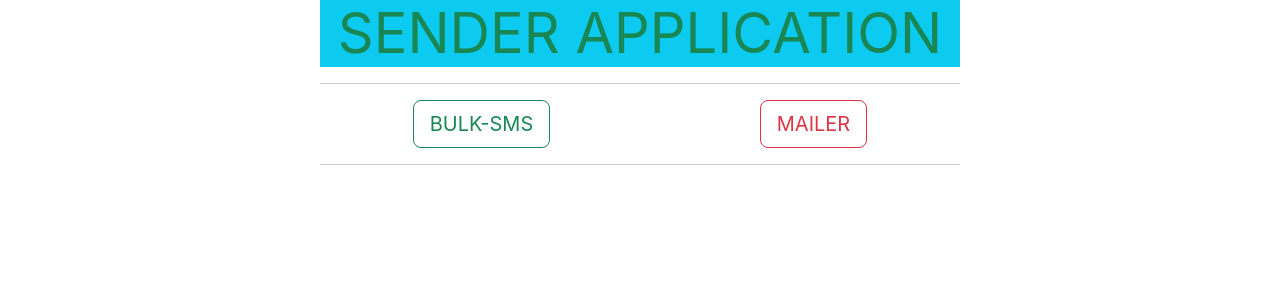
Repository: oluwaseyi9325/react-redux
Page: /mailer
These files come from the project's save history. The page is drawn as it stood at one moment and after the next save; the edit follows.
The browser window is 1280 px wide. The pictures show the whole page.
The project was rebuilt for these pictures with package versions that can differ from the ones it lists, and the page was loaded fresh each time. Also part of the build but not shown: src/Pages/Index.tsx, src/Pages/NotFond.tsx.

Above is the page before, as saved 2023-04-18 17:19:15.

### public/index.html
<!DOCTYPE html>
<html lang="en">

<head>
  <meta charset="utf-8" />
  <link rel="icon" href="%PUBLIC_URL%/favicon.ico" />
  <meta name="viewport" content="width=device-width, initial-scale=1" />
  <meta name="theme-color" content="#000000" />
  <meta name="description" content="Web site created using create-react-app" />
  <link rel="apple-touch-icon" href="%PUBLIC_URL%/logo192.png" />
  <link rel="manifest" href="%PUBLIC_URL%/manifest.json" />
  <link href="https://cdn.jsdelivr.net/npm/bootstrap@5.2.3/dist/css/bootstrap.min.css" rel="stylesheet" integrity="sha384-rbsA2VBKQhggwzxH7pPCaAqO46MgnOM80zW1RWuH61DGLwZJEdK2Kadq2F9CUG65" crossorigin="anonymous">
  <script src="https://cdn.jsdelivr.net/npm/bootstrap@5.2.3/dist/js/bootstrap.bundle.min.js" integrity="sha384-kenU1KFdBIe4zVF0s0G1M5b4hcpxyD9F7jL+jjXkk+Q2h455rYXK/7HAuoJl+0I4" crossorigin="anonymous"></script>
  <link rel="stylesheet" href="https://cdn.jsdelivr.net/npm/bootstrap-icons@1.10.3/font/bootstrap-icons.css">
  <title>SMS SENDER</title>
</head>

<body>
  <noscript>You need to enable JavaScript to run this app.</noscript>
  <div id="root"></div>
</body>

</html>

### src/index.tsx
import React from 'react';
import ReactDOM from 'react-dom/client';
import './index.css';
import App from './App';
import reportWebVitals from './reportWebVitals';
import { BrowserRouter } from 'react-router-dom';

const root = ReactDOM.createRoot(
  document.getElementById('root') as HTMLElement
);
root.render(
  <React.StrictMode>
    <BrowserRouter>
    <App />

    </BrowserRouter>
  </React.StrictMode>
);

// If you want to start measuring performance in your app, pass a function
// to log results (for example: reportWebVitals(console.log))
// or send to an analytics endpoint. Learn more: https://bit.ly/CRA-vitals
reportWebVitals();

### src/App.tsx
import React from 'react'
import { Route, Router, Routes } from 'react-router-dom'
import Index from './Pages/Index'
import Mailer from './Pages/Mailer'
import NotFond from './Pages/NotFond'

const App = () => {

  return (
    <>
    <Routes>
      <Route path='/' element={<Index/>} />
      <Route path='/mailer' element={<Mailer/>} />
      <Route path='*' element={<NotFond/>}/>
    </Routes>
    </>
  )
}

export default App

### src/Pages/Mailer.tsx
import React from 'react'
import NavBar from '../Components/NavBar'

const Mailer = () => {
  return (
    <div>
      <NavBar/>
    </div>
  )
}

export default Mailer

### src/Components/NavBar.tsx
import React from 'react'

const NavBar = () => {
  return (
    <>

      <div className='text-center col-6 mx-auto'>
        <h4 className='text-success display-4 bg-info'><b>SENDER APPLICATION</b></h4>
        <hr/>
        <div className='gap-4 d-flex justify-content-around'>
            <button className='btn btn-outline-success btn-lg'>BULK-SMS</button>
            <button className='btn btn-outline-danger btn-lg'>MAILER</button>
        </div>
        <hr/>
      </div>

    </>
  )
}

export default NavBar

Loaded but not shown: src/index.css (common file); src/reportWebVitals.ts (common file)

After the next save:
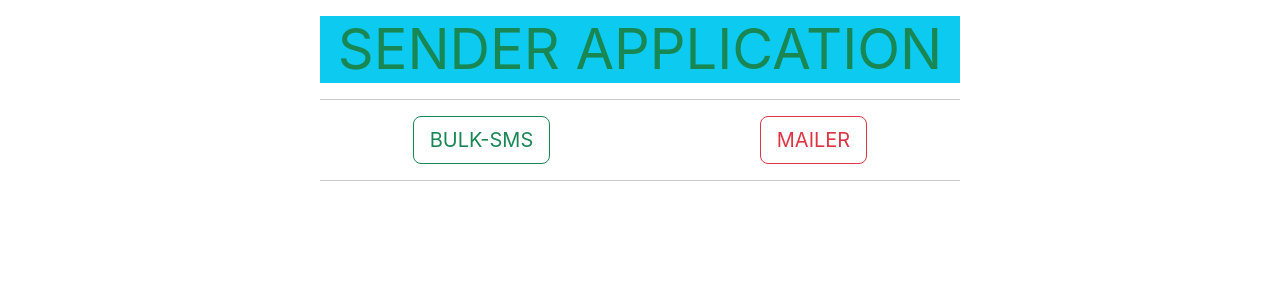
Saved 10 s later.
--- a/src/Components/NavBar.tsx
+++ b/src/Components/NavBar.tsx
@@ -4,7 +4,7 @@
   return (
     <>
 
-      <div className='text-center col-6 mx-auto'>
+      <div className='text-center col-6 mx-auto mt-3'>
         <h4 className='text-success display-4 bg-info'><b>SENDER APPLICATION</b></h4>
         <hr/>
         <div className='gap-4 d-flex justify-content-around'>
